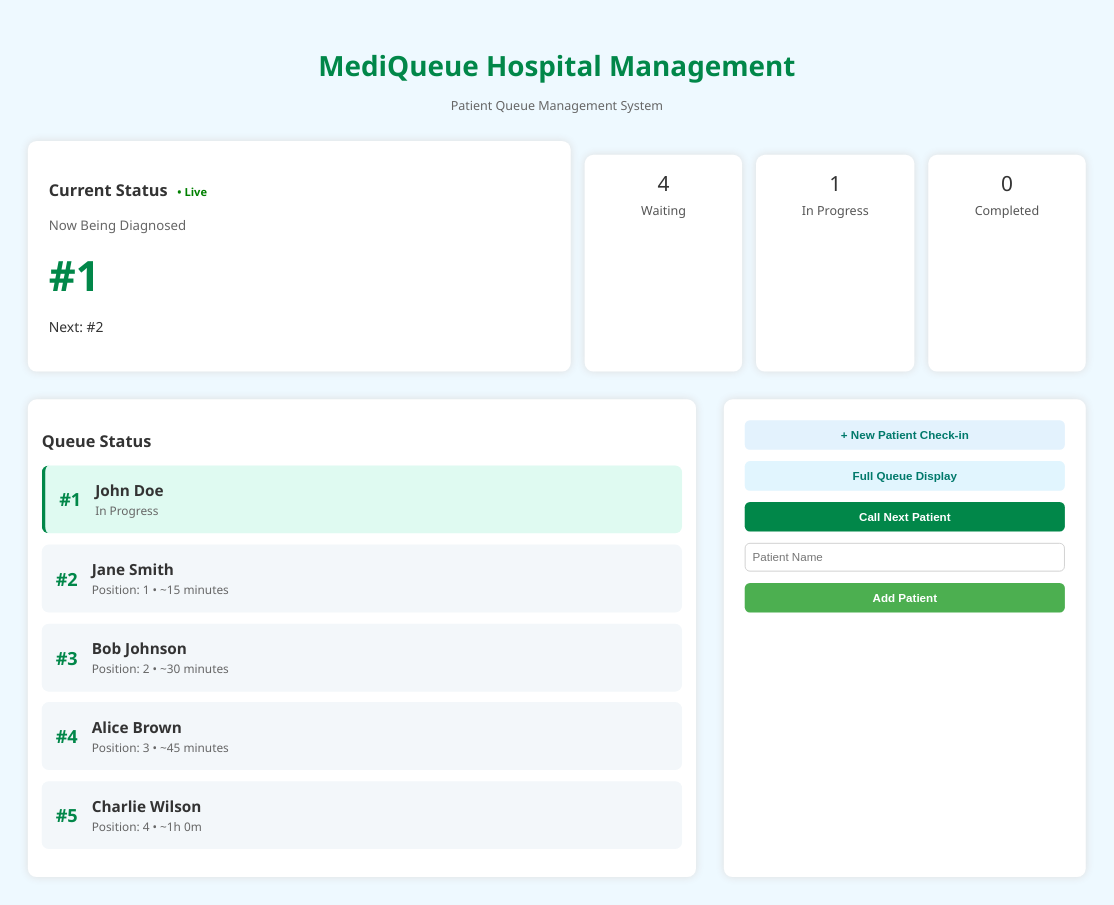
Repository: Aman-Sharma-Dev01/Smart-HealthCare
Page: / (app in Frontend/)
These files come from the project's save history. The page is drawn as it stood at one moment and after the next save; the edit follows.
The browser window is 1280 px wide. The pictures show the whole page, at 87% of full size.
The project was rebuilt for these pictures with package versions that can differ from the ones it lists, and the page was loaded fresh each time. Also part of the build but not shown: Frontend/vite.config.js, Frontend/src/App.css.

Above is the page before, as saved 2025-08-02 15:31:31.

### Frontend/src/index.css
/* src/index.css */
@import url('https://fonts.googleapis.com/css2?family=Roboto:wght@400;500;700&display=swap');

body {
  margin: 0;
  font-family: 'Roboto', sans-serif;
  background-color: #f4f7f9;
  color: #333;
}

### Frontend/src/App.jsx


import './App.css'
import HospitalDashboard from './Components/HospitalDashboard/HospitalDashboard'

function App() {
  return (
    <>
     <HospitalDashboard/>
    </>
  )
}

export default App

### Frontend/src/Components/HospitalDashboard/HospitalDashboard.jsx
// File: HospitalDashboard.jsx
import React, { useState } from 'react';
import './HospitalDashboard.css';

const HospitalDashboard = () => {
  const [queue, setQueue] = useState([
    { id: 1, name: 'John Doe', status: 'In Progress', eta: 'Now', position: 0 },
    { id: 2, name: 'Jane Smith', status: 'Waiting', eta: '~15 minutes', position: 1 },
    { id: 3, name: 'Bob Johnson', status: 'Waiting', eta: '~30 minutes', position: 2 },
    { id: 4, name: 'Alice Brown', status: 'Waiting', eta: '~45 minutes', position: 3 },
    { id: 5, name: 'Charlie Wilson', status: 'Waiting', eta: '~1h 0m', position: 4 },
  ]);

  const [input, setInput] = useState('');

  const callNext = () => {
    setQueue((prevQueue) => {
      const updatedQueue = prevQueue.map((patient, index) => {
        if (index === 0) return { ...patient, status: 'Completed' };
        if (index === 1) return { ...patient, status: 'In Progress', eta: 'Now', position: 0 };
        return { ...patient, position: patient.position - 1 };
      });
      return updatedQueue.slice(1);
    });
  };

  const addPatient = () => {
    if (!input) return;
    const newPatient = {
      id: queue.length + 1,
      name: input,
      status: 'Waiting',
      eta: `~${(queue.length) * 15} minutes`,
      position: queue.length,
    };
    setQueue([...queue, newPatient]);
    setInput('');
  };

  const current = queue.find(p => p.status === 'In Progress');
  const waitingCount = queue.filter(p => p.status === 'Waiting').length;
  const completedCount = queue.filter(p => p.status === 'Completed').length;

  return (
    <div className="dashboard">
      <h1>MediQueue Hospital Management</h1>
      <p className="subtitle">Patient Queue Management System</p>

      <div className="status-section">
        <div className="current-status">
          <h3>Current Status <span className="live">• Live</span></h3>
          <p className="now-diagnosed">Now Being Diagnosed</p>
          <h2>#{current?.id || 1}</h2>
          <p>Next: #{queue[1]?.id || '-'}</p>
        </div>

        <div className="stats">
          <div className="stat-box">{waitingCount} <span>Waiting</span></div>
          <div className="stat-box">1 <span>In Progress</span></div>
          <div className="stat-box">{completedCount} <span>Completed</span></div>
        </div>
      </div>

      <div className="queue-actions">
        <div className="queue-status">
          <h3>Queue Status</h3>
          <ul>
            {queue.map((patient) => (
              <li key={patient.id} className={patient.status === 'In Progress' ? 'active' : ''}>
                <div className="token">#{patient.id}</div>
                <div className="info">
                  <strong>{patient.name}</strong>
                  <span>{patient.status === 'Waiting' ? `Position: ${patient.position}  •  ${patient.eta}` : patient.status}</span>
                </div>
              </li>
            ))}
          </ul>
        </div>

        <div className="quick-actions">
          <button className="btn checkin">+ New Patient Check-in</button>
          <button className="btn">Full Queue Display</button>
          <button className="btn call" onClick={callNext}>Call Next Patient</button>
          <input
            type="text"
            placeholder="Patient Name"
            value={input}
            onChange={(e) => setInput(e.target.value)}
          />
          <button className="btn add" onClick={addPatient}>Add Patient</button>
        </div>
      </div>
    </div>
  );
};

export default HospitalDashboard;

### Frontend/src/Components/HospitalDashboard/HospitalDashboard.css
.dashboard {
  font-family: 'Segoe UI', sans-serif;
  background: #eef9ff;
  padding: 2rem;
  color: #333;
}

h1 {
  text-align: center;
  color: #018749;
  margin-bottom: 0.3rem;
}

.subtitle {
  text-align: center;
  font-size: 0.9rem;
  color: #666;
  margin-bottom: 2rem;
}

.status-section {
  display: flex;
  justify-content: space-between;
  flex-wrap: wrap;
  margin-bottom: 2rem;
}

.current-status {
  background: white;
  padding: 1.5rem;
  border-radius: 10px;
  box-shadow: 0 0 10px #ddd;
  flex: 1;
  min-width: 250px;
  margin-right: 1rem;
}

.live {
  color: green;
  font-weight: bold;
  font-size: 0.8rem;
  margin-left: 0.4rem;
}

.now-diagnosed {
  margin-top: 1rem;
  font-size: 0.95rem;
  color: #666;
}

.current-status h2 {
  font-size: 3rem;
  color: #018749;
  margin: 1rem 0 0.3rem 0;
}

.stats {
  display: flex;
  gap: 1rem;
  margin-top: 1rem;
  flex: 1;
  justify-content: space-around;
}

.stat-box {
  background: white;
  padding: 1rem;
  flex: 1;
  border-radius: 10px;
  text-align: center;
  font-size: 1.5rem;
  box-shadow: 0 0 10px #ddd;
}

.stat-box span {
  display: block;
  font-size: 0.9rem;
  color: #555;
  margin-top: 0.3rem;
}

.queue-actions {
  display: flex;
  gap: 2rem;
  flex-wrap: wrap;
}

.queue-status {
  background: white;
  flex: 2;
  padding: 1rem;
  border-radius: 10px;
  box-shadow: 0 0 10px #ddd;
}

.queue-status h3 {
  margin-bottom: 1rem;
}

.queue-status ul {
  list-style: none;
  padding: 0;
}

.queue-status li {
  background: #f3f7fa;
  padding: 1rem;
  border-radius: 8px;
  margin-bottom: 0.8rem;
  display: flex;
  align-items: center;
  gap: 1rem;
}

.queue-status li.active {
  background: #dffaf1;
  border-left: 4px solid #018749;
}

.token {
  font-weight: bold;
  font-size: 1.3rem;
  color: #018749;
}

.info strong {
  display: block;
  font-size: 1.1rem;
}

.info span {
  color: #666;
  font-size: 0.85rem;
}

.quick-actions {
  background: white;
  flex: 1;
  padding: 1.5rem;
  border-radius: 10px;
  box-shadow: 0 0 10px #ddd;
  display: flex;
  flex-direction: column;
  gap: 0.8rem;
}

.btn {
  padding: 0.6rem 1rem;
  border: none;
  border-radius: 6px;
  background: #e1f5fe;
  color: #00796b;
  font-weight: bold;
  cursor: pointer;
}

.btn.checkin {
  background: #e3f2fd;
}

.btn.call {
  background: #018749;
  color: white;
}

.btn.add {
  background: #4caf50;
  color: white;
}

input {
  padding: 0.5rem;
  border-radius: 6px;
  border: 1px solid #ccc;
}

Loaded but not shown: Frontend/index.html (common file); Frontend/src/main.jsx (common file)

After the next save:
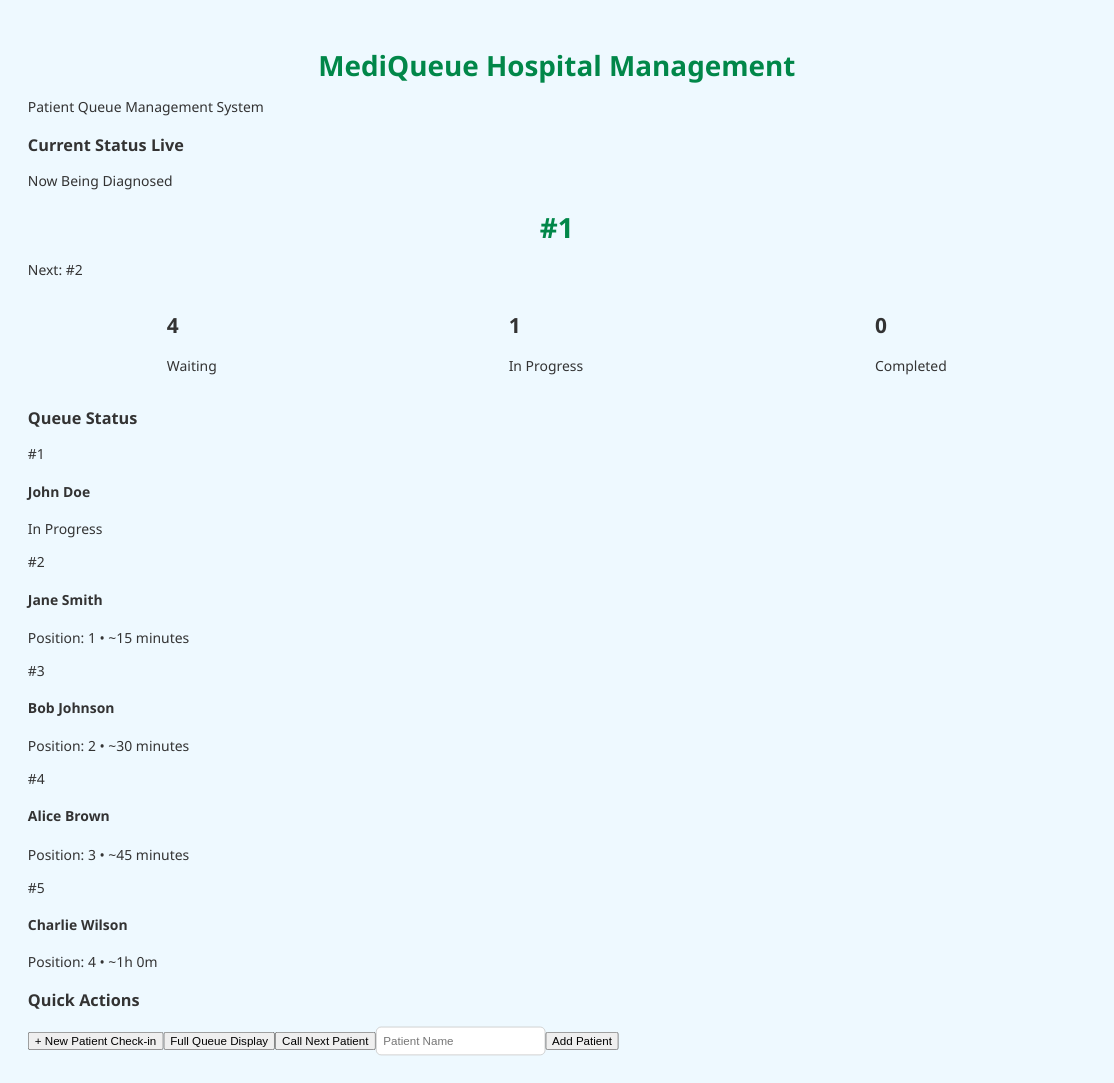
Saved 4 min 35 s later.
--- a/Frontend/src/Components/HospitalDashboard/HospitalDashboard.jsx
+++ b/Frontend/src/Components/HospitalDashboard/HospitalDashboard.jsx
@@ -1,4 +1,3 @@
-// File: HospitalDashboard.jsx
 import React, { useState } from 'react';
 import './HospitalDashboard.css';
 
@@ -11,83 +10,84 @@
     { id: 5, name: 'Charlie Wilson', status: 'Waiting', eta: '~1h 0m', position: 4 },
   ]);
 
-  const [input, setInput] = useState('');
+  const [newPatient, setNewPatient] = useState('');
 
   const callNext = () => {
     setQueue((prevQueue) => {
       const updatedQueue = prevQueue.map((patient, index) => {
         if (index === 0) return { ...patient, status: 'Completed' };
         if (index === 1) return { ...patient, status: 'In Progress', eta: 'Now', position: 0 };
-        return { ...patient, position: patient.position - 1 };
+        if (index > 1) return { ...patient, position: patient.position - 1 };
+        return patient;
       });
-      return updatedQueue.slice(1);
+
+      return updatedQueue;
     });
   };
 
   const addPatient = () => {
-    if (!input) return;
-    const newPatient = {
+    if (!newPatient.trim()) return;
+
+    const last = queue.filter(p => p.status !== 'Completed').length;
+    const newEntry = {
       id: queue.length + 1,
-      name: input,
+      name: newPatient,
       status: 'Waiting',
-      eta: `~${(queue.length) * 15} minutes`,
-      position: queue.length,
+      eta: `~${15 * last} minutes`,
+      position: last
     };
-    setQueue([...queue, newPatient]);
-    setInput('');
+
+    setQueue([...queue, newEntry]);
+    setNewPatient('');
   };
 
+  const waitingCount = queue.filter(p => p.status === 'Waiting').length;
+  const inProgressCount = queue.filter(p => p.status === 'In Progress').length;
+  const completedCount = queue.filter(p => p.status === 'Completed').length;
+
   const current = queue.find(p => p.status === 'In Progress');
-  const waitingCount = queue.filter(p => p.status === 'Waiting').length;
-  const completedCount = queue.filter(p => p.status === 'Completed').length;
+  const next = queue.find(p => p.status === 'Waiting');
 
   return (
     <div className="dashboard">
       <h1>MediQueue Hospital Management</h1>
-      <p className="subtitle">Patient Queue Management System</p>
+      <p className="subheading">Patient Queue Management System</p>
 
-      <div className="status-section">
-        <div className="current-status">
-          <h3>Current Status <span className="live">• Live</span></h3>
-          <p className="now-diagnosed">Now Being Diagnosed</p>
-          <h2>#{current?.id || 1}</h2>
-          <p>Next: #{queue[1]?.id || '-'}</p>
+      <div className="status-box">
+        <h3>Current Status <span className="live-dot" /> Live</h3>
+        <p>Now Being Diagnosed</p>
+        <h1 className="current-number">#{current?.id || '-'}</h1>
+        <p>Next: #{next?.id || '-'}</p>
+      </div>
+
+      <div className="stats">
+        <div className="stat"><h2>{waitingCount}</h2><p>Waiting</p></div>
+        <div className="stat"><h2>{inProgressCount}</h2><p>In Progress</p></div>
+        <div className="stat"><h2>{completedCount}</h2><p>Completed</p></div>
+      </div>
+
+      <div className="main-content">
+        <div className="queue">
+          <h3>Queue Status</h3>
+          {queue.filter(p => p.status !== 'Completed').map((patient) => (
+            <div key={patient.id} className={`queue-card ${patient.status === 'In Progress' ? 'active' : ''}`}>
+              <div className="queue-number">#{patient.id}</div>
+              <div>
+                <h4>{patient.name}</h4>
+                <p>{patient.status === 'In Progress' ? 'In Progress' : `Position: ${patient.position}  •  ${patient.eta}`}</p>
+              </div>
+            </div>
+          ))}
         </div>
 
-        <div className="stats">
-          <div className="stat-box">{waitingCount} <span>Waiting</span></div>
-          <div className="stat-box">1 <span>In Progress</span></div>
-          <div className="stat-box">{completedCount} <span>Completed</span></div>
-        </div>
-      </div>
+        <div className="actions">
+          <h3>Quick Actions</h3>
+          <button className="blue-btn" onClick={() => alert('Check-in form placeholder')}>+ New Patient Check-in</button>
+          <button className="blue-btn" onClick={() => alert('Full queue display placeholder')}>Full Queue Display</button>
+          <button className="green-btn" onClick={callNext}>Call Next Patient</button>
 
-      <div className="queue-actions">
-        <div className="queue-status">
-          <h3>Queue Status</h3>
-          <ul>
-            {queue.map((patient) => (
-              <li key={patient.id} className={patient.status === 'In Progress' ? 'active' : ''}>
-                <div className="token">#{patient.id}</div>
-                <div className="info">
-                  <strong>{patient.name}</strong>
-                  <span>{patient.status === 'Waiting' ? `Position: ${patient.position}  •  ${patient.eta}` : patient.status}</span>
-                </div>
-              </li>
-            ))}
-          </ul>
-        </div>
-
-        <div className="quick-actions">
-          <button className="btn checkin">+ New Patient Check-in</button>
-          <button className="btn">Full Queue Display</button>
-          <button className="btn call" onClick={callNext}>Call Next Patient</button>
-          <input
-            type="text"
-            placeholder="Patient Name"
-            value={input}
-            onChange={(e) => setInput(e.target.value)}
-          />
-          <button className="btn add" onClick={addPatient}>Add Patient</button>
+          <input type="text" value={newPatient} onChange={(e) => setNewPatient(e.target.value)} placeholder="Patient Name" />
+          <button className="add-btn" onClick={addPatient}>Add Patient</button>
         </div>
       </div>
     </div>
